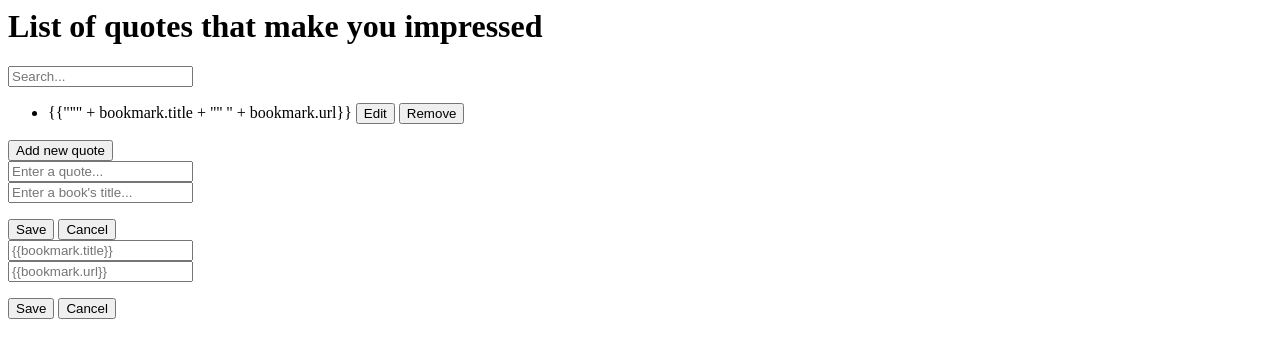
Repository: joannapl/LibraryOnline
Page: templates/quotes.html
The author's editor kept a record of every edit. The page is drawn from the files as they stood at one moment, then again after the next edit.
The browser window is 1280 px wide. The pictures show the whole page.

Above is the page before.

### templates/quotes.html
<div ng-controller="quotesController">
    <div class="jumbotron">
        <h1><span class="pageSubtitle">List of quotes that make you impressed</span></h1>
    </div>


    <div class="form-inline">
        <input type="text" class="form-control" ng-model="search" placeholder="Search...">
    </div>

    <div class="page-header">
        <ul>
            <li class="listStyle" ng-repeat="(id, bookmark) in bookmarks | filter: search">
                  <span>{{"''" + bookmark.title + "''  " + bookmark.url}}</span>
                  <label for="linkStyle">
                    <button type="button" class="btn btn-default" ng-click="resetForm(); editForm(id, bookmark.title, bookmark.url); showEditing()" >Edit</button>
                    <button type="button" class="btn btn-default" ng-click="cancelEditing(); removeItem(id)">Remove</button>
                </label>
            </li>
        </ul>
    </div>
    <div id="buttonDiv">
        <button type="button" class="btn btn-default" ng-click="resetForm(); showCreating()">
        Add new quote
        </button>
    </div>

    <div class="jumbotron" id="addDiv" ng-hide="hideCreate">
        <form role="form">
             <div class="form-group">
                <input type="text" ng-model="bookmarkTitleAdd" class="form-control" id="bookmarkTitle" placeholder="Enter a quote...">
            </div>
            <div class="form-group">
                <input type="text" ng-model="bookmarkUrlAdd" class="form-control" id="bookmarkUrl" placeholder="Enter a book's title...">
            </div>
        </form>
       <button type="button" class="btn btn-primary" ng-click="addItem(bookmarkTitleAdd, bookmarkUrlAdd); cancelCreating(); resetForm()">Save</button>
       <button type="button" class="btn btn-default" ng-click="cancelCreating(); resetForm()">Cancel</button>
    </div>

    <div class="jumbotron"  id="editDiv" ng-hide="hideEdit">
        <form role="form">
             <div class="form-group">
                <input type="text" ng-model="bookmarkTitleEdit" class="form-control" id="bookmarkTitle" placeholder="{{bookmark.title}}">
            </div>
            <div class="form-group">
                <input type="text" ng-model="bookmarkUrlEdit" class="form-control" id="bookmarkUrl" placeholder="{{bookmark.url}}">
            </div>
        </form>
        <button type="button" class="btn btn-primary" ng-click="updateItem(); cancelEditing();">Save</button>
        <button type="button" class="btn btn-default" ng-click="cancelEditing(); resetForm()">Cancel</button>
    </div>
</div>

After the next edit:
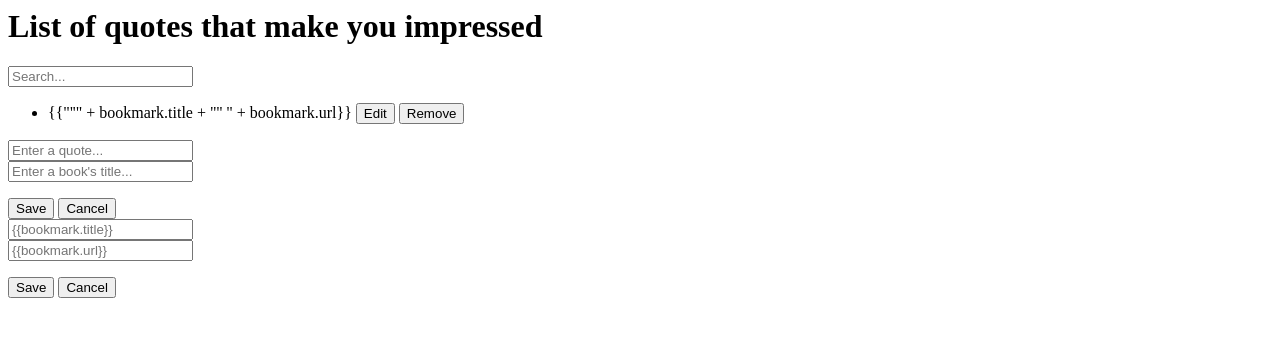
The edit:
--- a/templates/quotes.html
+++ b/templates/quotes.html
@@ -18,11 +18,6 @@
                 </label>
             </li>
         </ul>
-    </div>
-    <div id="buttonDiv">
-        <button type="button" class="btn btn-default" ng-click="resetForm(); showCreating()">
-        Add new quote
-        </button>
     </div>
 
     <div class="jumbotron" id="addDiv" ng-hide="hideCreate">
